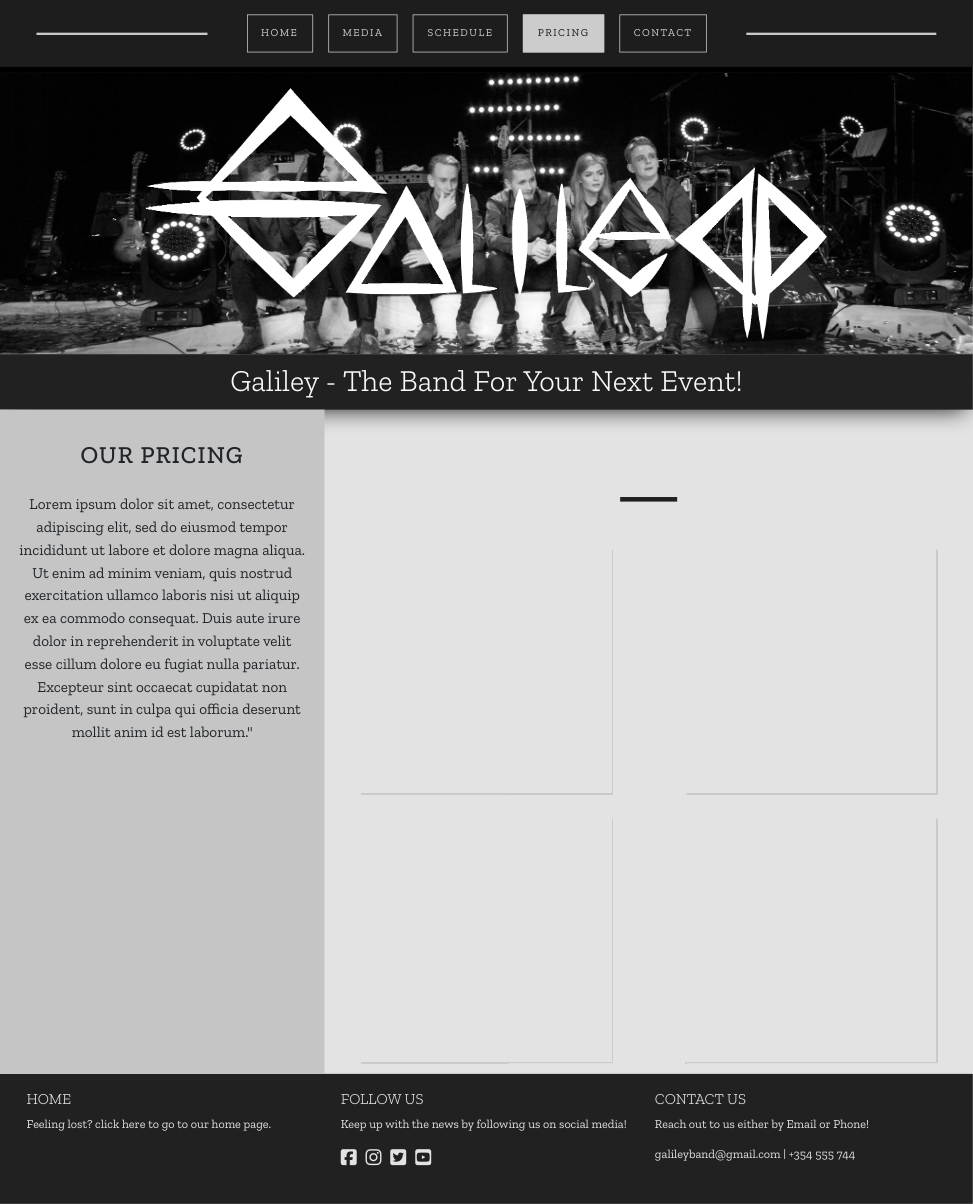
Repository: HeimirDavid/Galiley-Website
Page: pricing.html
The author's editor kept a record of every edit. The page is drawn from the files as they stood at one moment, then again after the next edit.
The browser window is 1280 px wide. The pictures show the whole page, at 76% of full size.
Some web libraries are served in a nearby version.

Above is the page before.

### pricing.html
<!DOCTYPE html>
<html lang="en">

<head>
    <meta charset="UTF-8">
    <meta name="viewport" content="width=device-width, initial-scale=1.0">
    <meta http-equiv="X-UA-Compatible" content="ie=edge">

    <link rel="stylesheet" href="https://stackpath.bootstrapcdn.com/bootstrap/4.3.1/css/bootstrap.min.css" integrity="sha384-ggOyR0iXCbMQv3Xipma34MD+dH/1fQ784/j6cY/iJTQUOhcWr7x9JvoRxT2MZw1T" crossorigin="anonymous">
    <link rel="stylesheet" href="https://cdnjs.cloudflare.com/ajax/libs/hover.css/2.3.1/css/hover-min.css" type="text/css" />
    <link rel="stylesheet" href="assets/css/style.css" type="text/css" />

    <script src="https://code.jquery.com/jquery-3.3.1.slim.min.js" integrity="sha384-q8i/X+965DzO0rT7abK41JStQIAqVgRVzpbzo5smXKp4YfRvH+8abtTE1Pi6jizo" crossorigin="anonymous"></script>
    <script src="https://cdnjs.cloudflare.com/ajax/libs/popper.js/1.14.7/umd/popper.min.js" integrity="sha384-UO2eT0CpHqdSJQ6hJty5KVphtPhzWj9WO1clHTMGa3JDZwrnQq4sF86dIHNDz0W1" crossorigin="anonymous"></script>
    <script src="https://stackpath.bootstrapcdn.com/bootstrap/4.3.1/js/bootstrap.min.js" integrity="sha384-JjSmVgyd0p3pXB1rRibZUAYoIIy6OrQ6VrjIEaFf/nJGzIxFDsf4x0xIM+B07jRM" crossorigin="anonymous"></script>
    <script src="https://kit.fontawesome.com/2ea8c5e5d2.js" crossorigin="anonymous"></script>

    <title>Galiley</title>
</head>

<body>
    <header>
        <!------ Header Navigation Menu, Mainly written with bootstrap  ------>
        <div class="row no-gutters">
            <div class="col black-container">
                <nav class="navbar fixed-top navbar-expand-md navbar-dark bg-dark" id="navbar-black-color"> <!-- Navbar position with help of this  -->
                    <a class="navbar-brand" href="index.html">Galiley - Home</a>                            <!-- tutorial: https://www.youtube.com/watch?v=NzjU1GmKosQ&t=90s  -->
                    <button class="navbar-toggler" type="button" data-toggle="collapse" data-target="#navbarSupportedContent" aria-controls="navbarSupportedContent" aria-expanded="false" aria-label="Toggle navigation">
                    <span class="navbar-toggler-icon"></span></button>
                    <div class="collapse navbar-collapse" id="navbarSupportedContent">
                        <ul class="navbar-nav m-auto">
                            <li class="nav-item menuitem">
                                <a class="nav-link" href="index.html"><span>Home</span></a>
                            </li>
                            <li class="nav-item menuitem">
                                <a class="nav-link" href="media.html"><span>Media</span></a>
                            </li>
                            <li class="nav-item menuitem">
                                <a class="nav-link" href="schedule.html"><span>Schedule</span></a>
                            </li>
                            <li class="nav-item menuitem active-item">
                                <a class="nav-link" href="pricing.html"><span>Pricing</span></a>
                            </li>
                            <li class="nav-item menuitem">
                                <a class="nav-link" href="contact.html"><span>Contact</span></a>
                            </li>
                        </ul>
                    </div>
                </nav>
            </div>
        </div>

        <!------ Header Logo Image ------>
        <div class="logo-container">
            <div class="row no-gutters">
                <div class="col header-background-img">
                    <a href="#">
                    <img class="logo-white" src="assets/images/galiley_vit.png">
                </a>
                </div>
            </div>
        </div>

        <!------ Header Text  ------>
        <div class="row no-gutters">
            <div class="col h1-heading">
                <h1>Galiley - The Band For Your Next Event!</h1>
            </div>
        </div>
    </header>

    <section class="container-fluid">
        <div class="row no-gutters">
            <div class="col-md-4">
                <div class="col-12 grey-color text-center pricing-col">
                    <h2 class="header-h2 uppercase">Our Pricing</h2>
                    <p class="p-text">Lorem ipsum dolor sit amet, consectetur adipiscing elit, sed do eiusmod tempor incididunt
                    ut labore et dolore magna aliqua. Ut enim ad minim veniam, quis nostrud exercitation ullamco
                    laboris nisi ut aliquip ex ea commodo consequat. Duis aute irure dolor in reprehenderit in
                    voluptate velit esse cillum dolore eu fugiat nulla pariatur. Excepteur sint occaecat cupidatat
                    non proident, sunt in culpa qui officia deserunt mollit anim id est laborum."</p>
                </div>
            </div>
            <div class="col-md-8">
                <div class="row package-header-row">
                    <div class="col text-center">
                        <h2 class="header-h2 uppercase">Packages</h2>
                        <hr class="block-devider">
                    </div>
                </div>
                <div class="row package-row">
                    <div class="col-10 offset-1 offset-sm-0 col-sm-4 col-md-6 d-flex justify-content-center">
                        <div class="col-10 text-center p-text package-cards">
                            <h4 class="header-h4">Wedding Package</h4>
                            <h5 class="header-h5">350.000 ISK</h5>
                            <ul>
                                <li>Full gear with lights and sound</li>
                                <li>Pre-ceremony live music</li>
                                <li>60 minutes live music at reception</li>
                                <li>2x 90 minutes live music at the party</li>
                            </ul>
                        </div>
                    </div>
                    <div class="col-10 offset-1 offset-sm-0 col-sm-4 col-md-6 d-flex justify-content-center">
                        <div class="col-10 text-center p-text package-cards">
                            <h4 class="header-h4">Wedding Package</h4>
                            <h5 class="header-h5">350.000 ISK</h5>
                            <ul>
                                <li>Full gear with lights and sound</li>
                                <li>Pre-ceremony live music</li>
                                <li>60 minutes live music at reception</li>
                                <li>2x 90 minutes live music at the party</li>
                            </ul>
                        </div>
                    </div>
                    <div class="col-10 offset-1 offset-sm-0 col-sm-4 col-md-6 d-flex justify-content-center">
                        <div class="col-10 text-center p-text package-cards">
                            <h4 class="header-h4">Wedding Package</h4>
                            <h5 class="header-h5">350.000 ISK</h5>
                            <ul>
                                <li>Full gear with lights and sound</li>
                                <li>Pre-ceremony live music</li>
                                <li>60 minutes live music at reception</li>
                                <li>2x 90 minutes live music at the party</li>
                            </ul>
                        </div>
                    </div>
                    <div class="col-10 offset-1 offset-sm-0 col-sm-4 col-md-6 d-flex justify-content-center">
                        <div class="col-10 text-center p-text package-cards">
                            <h4 class="header-h4">Wedding Package</h4>
                            <h5 class="header-h5">350.000 ISK</h5>
                            <ul>
                                <li>Full gear with lights and sound</li>
                                <li>Pre-ceremony live music</li>
                                <li>60 minutes live music at reception</li>
                                <li>2x 90 minutes live music at the party</li>
                            </ul>
                        </div>
                    </div>
                </div>
            </div>
        </div>
    </section>

    <footer>        <!------ Footer section, Mainly structured and written with the help from CI tutorials from the Resume-Project.
                             Since i liked the design and strucure and felt that it fits well within this project. ------>
        <div class="container-fluid">
            <div class="row" id="footer-details">
                <div class="col-sm-4">
                    <h5 class="uppercase footer-heading">
                        <a href="index.html" class="footer-links">Home</a>
                    </h5>
                    <p class="inline-block">Feeling lost? click here to go to our home page.</p>
                </div>

                <div class="col-sm-4">
                    <h5 class="uppercase footer-heading">Follow Us</h5>
                    <p class="inline-block">Keep up with the news by following us on social media!</p>
                    <ul class="list-inline social-media-links">
                        <li class="list-inline-item">
                            <a class="footer-links" target="_blank" href="https://www.facebook.com/GalileyBand/">
                                <i class="fab fa-facebook-square"></i>
                                <span class="sr-only">Facebook</span>
                            </a>
                        </li>
                        <li class="list-inline-item">
                            <a class="footer-links" target="_blank" href="#">
                                <i class="fab fa-instagram"></i>
                                <span class="sr-only">Instagram</span>
                            </a>
                        </li>
                        <li class="list-inline-item">
                            <a class="footer-links" target="_blank" href="#">
                                <i class="fab fa-twitter-square"></i>
                                <span class="sr-only">Twitter</span>
                            </a>
                        </li>
                        <li class="list-inline-item">
                            <a class="footer-links" target="_blank" href="#">
                                <i class="fab fa-youtube-square"></i>
                                <span class="sr-only">Youtube</span>
                            </a>
                        </li>
                    </ul>
                </div>

                <div class="col-sm-4">
                    <h5 class="uppercase footer-heading">Contact Us</h5>
                    <p class="inline-block">Reach out to us either by Email or Phone!</p>
                    <p>galileyband@gmail.com | +354 555 744</p>
                </div>
            </div>
        </div>
    </footer>
</body>

</html>

### assets/css/style.css
@import url('https://fonts.googleapis.com/css?family=Zilla+Slab:300,400,500,600,700&display=swap');

html {
    scroll-behavior: smooth;
}

body {
    font-family: 'Zilla Slab', serif;
    background-color: #e3e3e3;
    overflow-x: hidden;
}

/*--------------------------------- Colour */

.green-color {
    background-color: #35af7e;
}

.grey-color {
    background-color: #c5c5c5;
}

.grey-blue {
    background-color: #76809a;
}
/*------------------------------- Special padding/margins/text */

h1, h2, h3, h4, h5 {
    margin: 0;
}

.uppercase {
    text-transform: uppercase;
}

.inline-block {
    display: inline-block;
}

.block-devider {
    width: 75px;
    height: 5px;
    background-color: #212121;
}

.block-devider-white {
    width: 75px;
    height: 5px;
    background-color: #e3e3e3;
}

.text-center {
    text-align: center;
}

.item-center {
    item-align: center;
}

.gotop-col {
    padding: 20px;
}

.gotopbtn {
    text-align: center;
    text-decoration: none;
    color: #212121;
    font-size: 1.5em;
    margin: 20px 20px;
    transition: ease-in-out 0.3s;
    -moz-transition: ease-in-out 0.3s;
    -webkit-transition: ease-in-out 0.3s;
    -o-transition: ease-in-out 0.3s;
}

.gotopbtn:hover {
    color: #a5a5a5;
    text-decoration: none;
}

.container-fluid {
    padding: 0;
}

.row {
    margin-right: 0;
    margin-left: 0;
}

/*--------------------------------- Headings text styles */

.header-h2 {
    font-weight: 500;
    padding: 10px 10px 20px 10px;
    letter-spacing: 1.5px;
}

.header-h3

.header-h4 {
    font-weight: 400;
    letter-spacing: 0.8px;
    font-size: 28px;
    padding: 10px;
}

.header-h5 {
    font-weight: 400;
    font-size: 24px;
    letter-spacing: 0.8px;
    padding: 10px;
}

/*--------------------------------- Navbar/Menu */

.navbar {
    opacity: 0.9;
    text-align: center;
    padding-bottom: 1.2em;
}

.menuitem {
    height: 50px;
    text-align: center;
    padding-left: 10px;
    padding-right: 10px;
    margin: 0px 10px 0px 10px;
    border: 1px solid #e3e3e3;
    transition: ease-in-out 0.3s;
    -moz-transition: ease-in-out 0.3s;
    -webkit-transition: ease-in-out 0.3s;
    -o-transition: ease-in-out 0.3s;
}

.menuitem a {
    width: 100%;
    text-decoration: none;
    color: #e3e3e3;
}

.menuitem a i {
    padding-top: 22px;
    display: block;
    color: #e3e3e3;
    font-size: 26px;
}

.menuitem span {
    display: block;
    width: 100%;
    padding-top: 5px;
    text-align: center;
    text-transform: uppercase;
    font-size: 14px;
    font-weight: 400;
    letter-spacing: 2px;
    transition: ease-in-out 0.3s;
    -moz-transition: ease-in-out 0.3s;
    -webkit-transition: ease-in-out 0.3s;
    -o-transition: ease-in-out 0.3s;
    color: #e3e3e3;

}

.menuitem:hover {
    background-color: #e3e3e3;
}

.menuitem:hover.menuitem span {
    color: #212121;
}

.navbar::before,     /* Before and After used from inspiration of this tutorial: https://www.youtube.com/watch?v=zGiirUiWslI   */
.navbar::after {
    content: "";
    margin-left: 2em;
    margin-right: 2em;
    width: 18%;
    height: 0.2em;
    background-color: #e3e3e3;
}

.navbar-nav .active-item span {
    color: #212121;
}

.navbar-nav .active-item {
    background-color: #e3e3e3;
}

.navbar::after {
    width: 20%;
}

.fixed-top {
    padding-top: 1.2em;
}

.navbar-brand {
    display: none;
}

#navbar-black-color {
    background-color: #212121!important;
}




/*--------------------------------- Header */

.black-container {
    position: relative;
    top: 0;
    left: 0;
    width: 100%;
    height:6em;
    background-color: #000;
}

.h1-heading {
    color: #fafafa;
    padding: 10px 0px 15px 0px;
    text-align: center;
    background-color: #212121;
    box-shadow: 0px 10px 30px -10px #212121;
}

.h1-heading h1 {
    font-weight: 300;
}

.header-background-img {
    display: block;
    background-image: url("../images/galiley_diddi.jpg");
    padding: 20px;
    background-size: cover;
}

/*
.logo-container {
    margin-top: 7%;
}
*/

.logo-white {
    opacity: 1.9;
    display: block;
    margin-left: auto;
    margin-right: auto;
    width: 70%;
}

/*--------------------------------- Footer */

footer {
    background-color: #212121;
    color: #e3e3e3;
    min-height: 100px;
    margin: 0;
}

.footer-heading {
    font-weight: 300;
    text-decoration: none;
    margin-bottom: 10px;
}

.footer-heading a {
    transition: ease-in-out 0.3s;
    -moz-transition: ease-in-out 0.3s;
    -webkit-transition: ease-in-out 0.3s;
    -o-transition: ease-in-out 0.3s;
}

.footer-heading a:hover {
    color: #a5a5a5;
    text-decoration: none;
}

.footer-links {
    color: #e3e3e3;
}

.social-media-links {
    padding-bottom: 10px;
}

.social-media-links li a i {
    font-size: x-large;
    padding: 10px 0px;
    line-height: 10px;
    transition: ease-in-out 0.3s;
    -moz-transition: ease-in-out 0.3s;
    -webkit-transition: ease-in-out 0.3s;
    -o-transition: ease-in-out 0.3s;
}

.social-media-links li a i:hover {
    color: #35af7e;
}

#footer-details {
    padding: 20px;
}

/*--------------------------------- About - Section / What we offer - Section */

.about-offer-row {
    padding: 20px 0px;
}

.p-text {
    font-size: 20px;
    padding: 10px 10px 20px 10px;
}

.about-row {
    padding: 60px 10px 20px 10px;
}

.offer-card {
    background-color: #212121;
    color: #e3e3e3;
    padding: 20px;
    margin-bottom: 45px;
    box-shadow: 3px 3px 15px 0px #000;
    opacity: 0.9;
}

/*--------------------------------- Reviews - section */

.review-header {
    background-color: #212121;
    color: #fafafa;
    padding: 10px 0px 15px 0px;
    text-align: center;
    box-shadow: 0px 1px 10px 1px #212121;
}

.review-header h2 {
    font-weight: 300;
}

.review-cards {
    background-color: #212121;
    color: #e3e3e3;
    opacity: 0.9;
    max-width: 250px;
    padding: 20px;
    margin: 30px;
    margin-right: auto;
    margin-left: auto;
    text-align: center;
    border-radius: 10px;
    box-shadow: 5px 5px 15px 0px #212121;
}

.cards-header {
    font-weight: 300;
    letter-spacing: 0.8px;
    margin-bottom: 15px;
}

.review-p {
    font-size: 18px;
    font-weight: 200;
    letter-spacing: 0.8px;
}

/*--------------------------------- Setlist Section / Video Section */

.spotify-header-row {
    background-color: #35af7e;
}

.media-header {
    padding: 20px;
    font-weight: 300;
    font-size: 38px;
}

.spotify-row {
    margin-bottom: 40px;
}

.setlist-header-col {
    color: #000;
    padding: 30px;
}

.media-h4 {
    font-weight: 300;
    font-size: 30px;
    padding: 10px;
}

.media-p {
    font-size: 22px;
    font-weight: 300;
}

.spotify-col {
    color: #e3e3e3;
    background-color: rgba(0, 0, 0, 0.5);
    margin: auto;
    margin-top: 20px;
    padding: 20px 10px 0px 10px;
    max-width: 300px;
    border-radius: 12px;
    border-radius: 10px;
    box-shadow: 5px 5px 15px 0px #212121;
}

.spotify-col::before {
    content: "";
    top: 0;
    left: 0;
    background-color: #212121;
    height: 100px;
    width: 1em;
}

.spotify-player {
    opacity: .96;
}

.video-header-col {
    background-color: #212121;
    color: #e3e3e3;
    padding: 20px 0px;
    box-shadow: 0px 10px 30px -10px #212121;
}

.youtube-col {
    padding: 10px;
}

.youtube-container {  /*   Code copied to make youtube player responsive. Source: https://avexdesigns.com/responsive-youtube-embed/    */
position: relative;
padding-bottom: 56.25%;
padding-top: 30px; height: 0; overflow: hidden;
}

.youtube-container iframe,
.youtube-container object,
.youtube-container embed {
position: absolute;
top: 0;
left: 0;
width: 100%;
height: 100%;
}

/*--------------------------------- Pricing */

.pricing-col {
    padding-top: 30px;
    height: 100%;
}

.package-header-row {
    padding-top: 30px;
    color: #e3e3e3;
}

.package-row {
    padding-top: 30px;
    color: #e3e3e3;
}

.package-cards {
    box-shadow: 1px 1px 1px 1px #cacaca;
    padding: 20px 10px;
    margin-top: 15px;
    margin-bottom: 15px;
}

.package-cards ul {
    list-style: none;
    padding:0;
}

.package-cards ul li {
        margin: 10px 0px;
}
/*--------------------------------- Media Queries */

@media (max-width: 767px) {
    .navbar::before,
    .navbar::after {
        display: none;
    }

    .navbar-brand {
        display: block;
    }

    .fixed-top {
        padding: 1em;
    }

    .reviews-container {
        background-color: #e3e3e3;
    }

    .reviews-container {
        background: #e3e3e3;
    }
}

@media (min-width: 767px) {

    /* Images use and fixed image website layout inspiried by this tutorial: https://www.youtube.com/watch?v=PWoOpJtkyjI */
    #about-image { /* Image from unsplash taken by Luca Baggio */
        background-image: url("../images/about-background.jpg");
        background-attachment: fixed;
        background-size: cover;
        height: 120vh;
        width: 100%;
    }

    #spotify-background-img {
        background-image: url("../images/spotify-background-img.jpg");
        background-attachment: fixed;
        background-size: cover;
        height: 120vh;
        width: 100%;
    }

    #offer-image {
        background-image: url("../images/galiley-offer.jpg");
        background-attachment: scroll;
        background-size: cover;
        height: 100%;
        width: 100%;
        box-shadow: 0px -3px 7px 0px;
    }

    #packages-img {
        background-image: url("../images/packages-img.jpg");
        background-attachment: scroll;
        background-size: cover;
        height: 100%;
        width: 100%;
    }

    .green-black-img {
        background-image: url("../images/setlist-background.png");
        background-attachment: fixed;
        background-size: cover;
        box-shadow: 0px -3px 7px 0px;
    }

    .about-offer-row {
    padding: 60px 10px 20px 10px;
    }

    .youtube-row {
        padding-top: 50px;
    }

    .youtube-col {
        padding: 10px 100px;
    }
}

@media (min-width: 767px) and (max-width: 1000px) {
    #about-image {
        background-image: url("../images/about-background.jpg");
        background-attachment: fixed;
        background-size: cover;
        height: 200vh;
        width: 100%;
    }

        #spotify-background-img {
        background-image: url("../images/spotify-background-img.jpg");
        background-attachment: fixed;
        background-size: cover;
        height: 250vh;
        width: 100%;
    }
}

@media (max-width: 576px) {
    /* To get rid of padding and margin to link up "Offer section" and "reviews section" in mobile view */
    .about-offer-row {
    padding-top: 20px;
    }

    .offer-card {
        margin: 0;
    }
}

After the next edit:
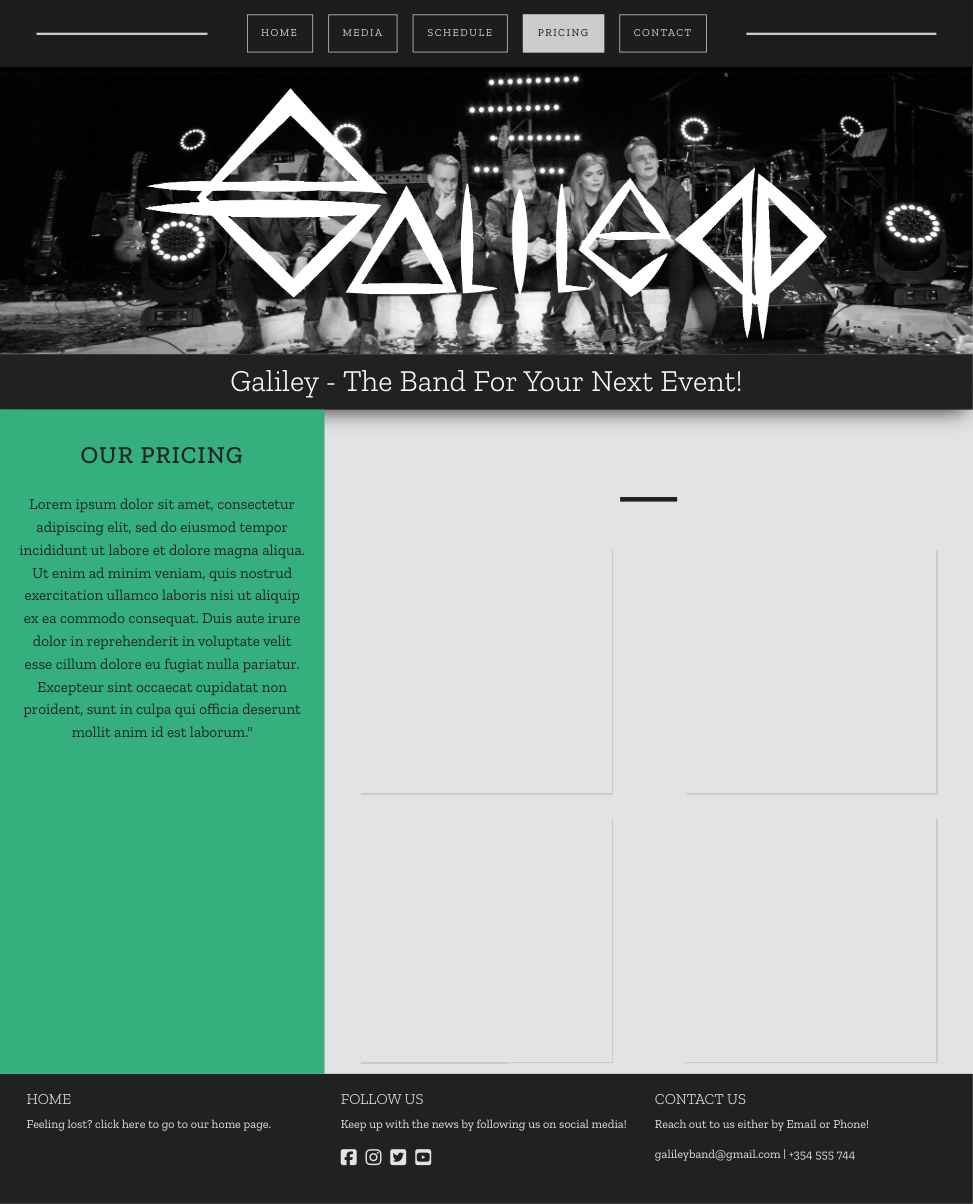
The edit:
--- a/pricing.html
+++ b/pricing.html
@@ -72,7 +72,7 @@
     <section class="container-fluid">
         <div class="row no-gutters">
             <div class="col-md-4">
-                <div class="col-12 grey-color text-center pricing-col">
+                <div class="col-12 green-color text-center pricing-col">
                     <h2 class="header-h2 uppercase">Our Pricing</h2>
                     <p class="p-text">Lorem ipsum dolor sit amet, consectetur adipiscing elit, sed do eiusmod tempor incididunt
                     ut labore et dolore magna aliqua. Ut enim ad minim veniam, quis nostrud exercitation ullamco
